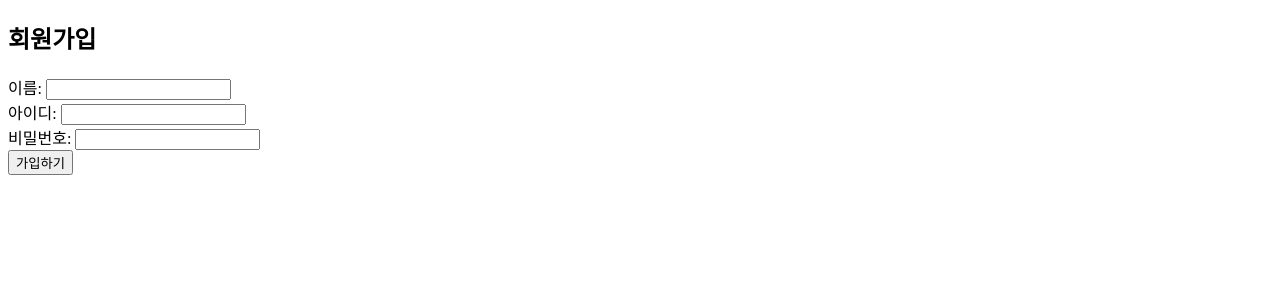
Repository: DearMyStore/ui-test
Page: http://localhost/HotelReservationSystem/register.jsp
These files come from the project's save history. The page is drawn as it stood at one moment and after the next save; the edit follows.
The browser window is 1280 px wide. The pictures show the whole page.
The page is served by Tomcat 9.

Above is the page before, as saved 2025-05-27 13:25:52.

After the next save:
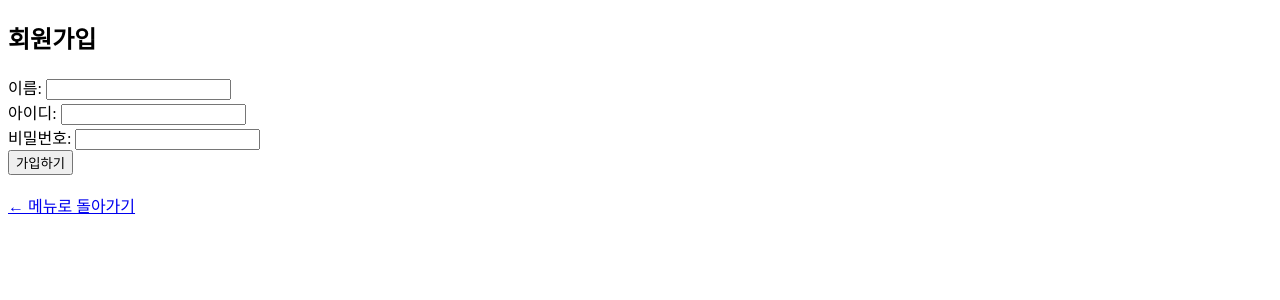
Saved 3 min 18 s later.
--- a/HRS/HotelReservationSystem/src/main/webapp/register.jsp
+++ b/HRS/HotelReservationSystem/src/main/webapp/register.jsp
@@ -1,15 +1,10 @@
 <%@ page language="java" contentType="text/html; charset=UTF-8" pageEncoding="UTF-8"%>
 <%
     if ("POST".equalsIgnoreCase(request.getMethod())) {
-        String name = request.getParameter("name");
-        String username = request.getParameter("username");
-        String password = request.getParameter("password");
-
-        session.setAttribute("name", name);
-        session.setAttribute("username", username);
-        session.setAttribute("password", password);
-
-        response.sendRedirect("welcome.jsp");
+        session.setAttribute("name", request.getParameter("name"));
+        session.setAttribute("username", request.getParameter("username"));
+        session.setAttribute("password", request.getParameter("password"));
+        response.sendRedirect("registerSuccess.jsp");
         return;
     }
 %>
@@ -27,5 +22,7 @@
         비밀번호: <input type="password" name="password" required><br>
         <input type="submit" value="가입하기">
     </form>
+    <br>
+    <a href="menu.jsp">← 메뉴로 돌아가기</a>
 </body>
 </html>
